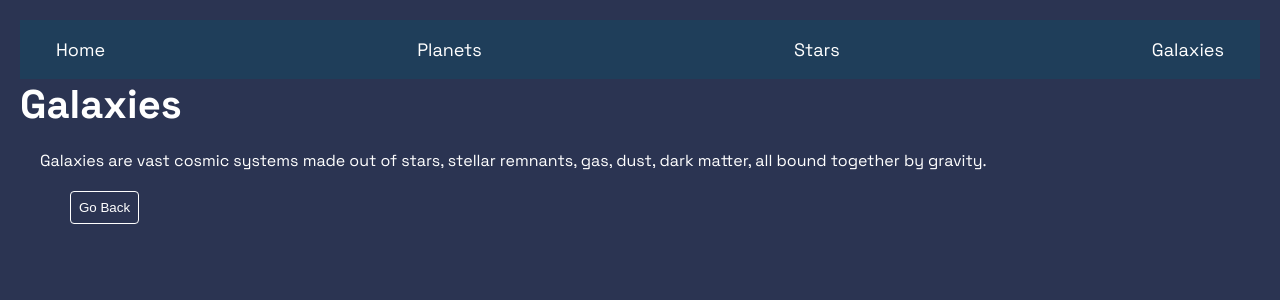
Repository: rmdayberry/Cosmic-Encyclopedia
Page: /galaxies
An editor plug-in stored every save of this project. The page is shown before and after the next save, followed by the edit.
The browser window is 1280 px wide. The pictures show the whole page.
The project was rebuilt for these pictures with package versions that can differ from the ones it lists, and the page was loaded fresh each time. Also part of the build but not shown: vite.config.js, src/pages/Homepage.js.

Above is the page before, as saved 2024-08-31 16:12:15.

After the next save:
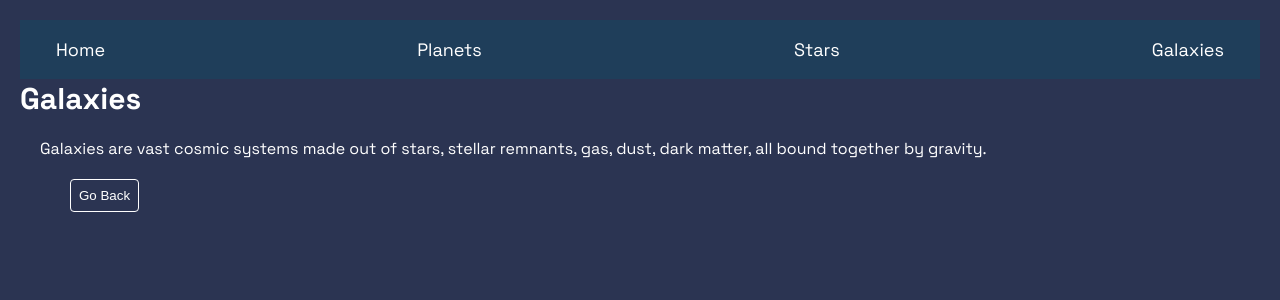
Saved 12 s later.
--- a/src/index.css
+++ b/src/index.css
@@ -60,5 +60,5 @@ button {
 }
 
 .content-title {
-  font-size: 40px;
+  font-size: 30px;
 }
